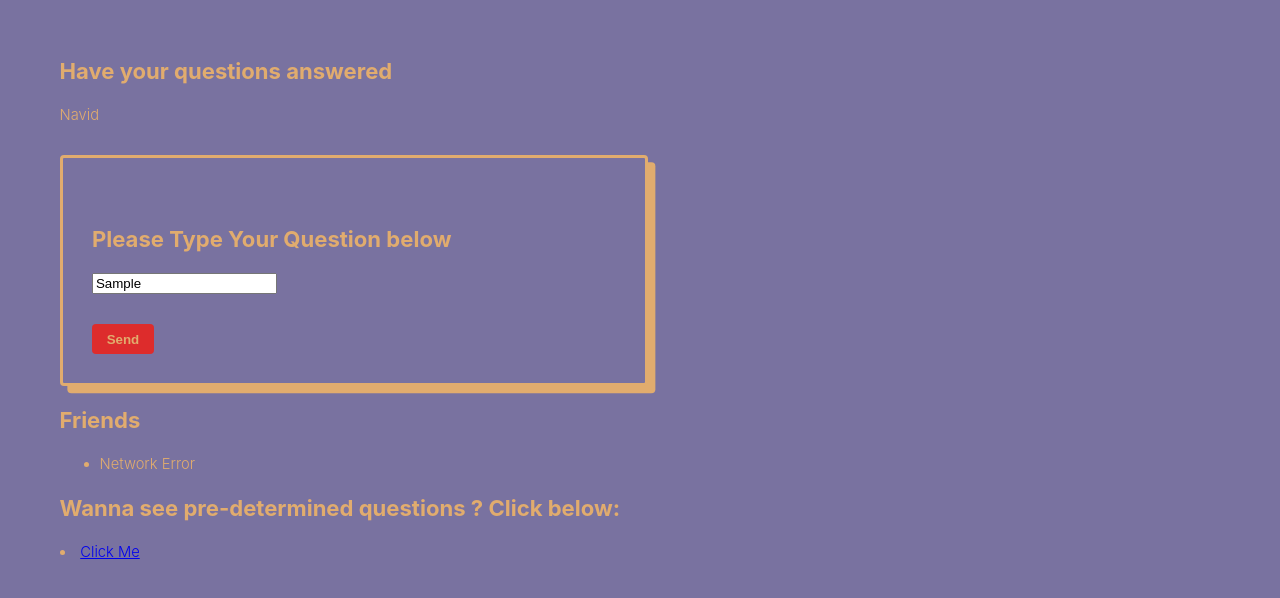
Repository: navid-amini12/capstone-1
Page: quiz.html
An editor plug-in stored every save of this project. The page is shown before and after the next save, followed by the edit.
The browser window is 1280 px wide. The pictures show the whole page.
Empty fields were first filled with sample values (such as "Sample", 5 or name@example.com).
After loading, the first visible `#button` was clicked once.
The page's requests for data from a server got no answer. Some web fonts or font styles are not loaded; a fallback is used.

Above is the page before, as saved 2022-05-26 18:01:55.

After the next save:
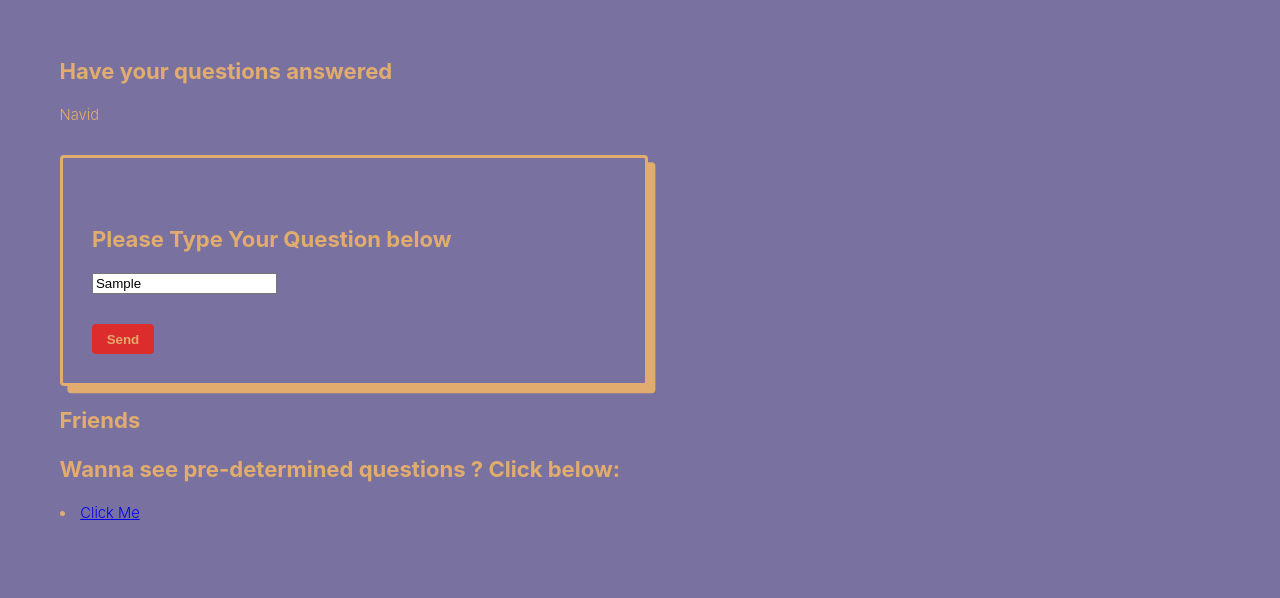
Saved 8 s later.
--- a/quiz.html
+++ b/quiz.html
@@ -30,7 +30,7 @@
       <script>
         document.getElementById("button").onclick = function () {
         const doc =   document.getElementsByClassName("input__field").innerHTML
-
+ return doc
           axios
             .get("http://localhost:4000/api/users")
             .then(function (response) {

After the save that followed:
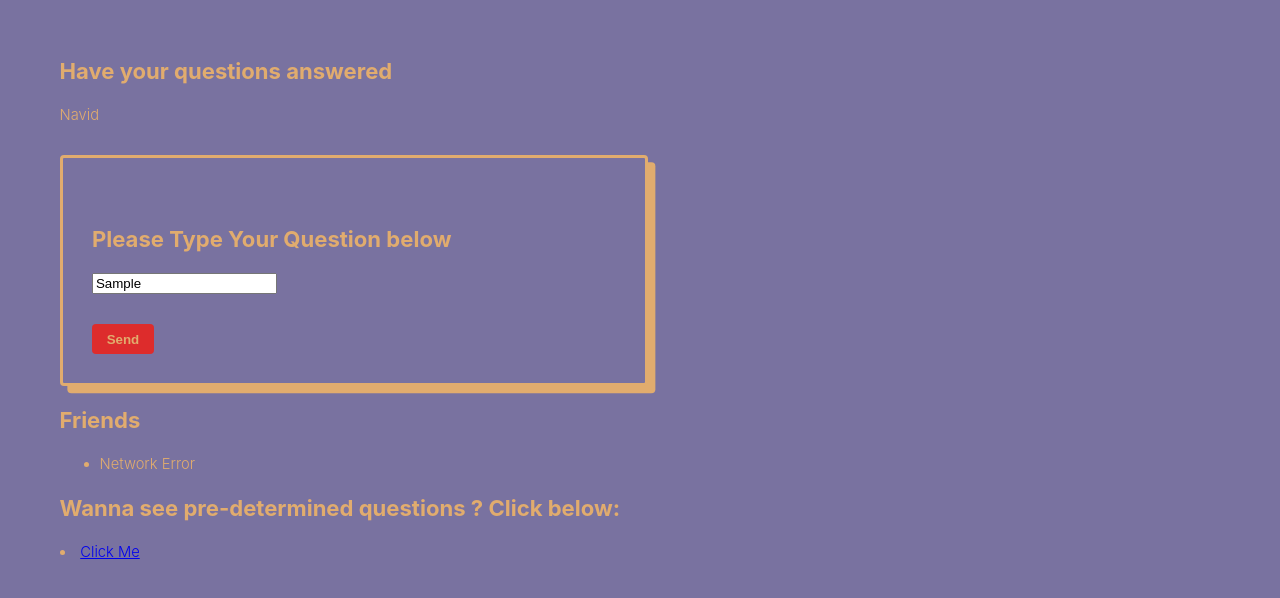
Saved 11 s later.
--- a/quiz.html
+++ b/quiz.html
@@ -30,7 +30,7 @@
       <script>
         document.getElementById("button").onclick = function () {
         const doc =   document.getElementsByClassName("input__field").innerHTML
- return doc
+  console.log(doc)
           axios
             .get("http://localhost:4000/api/users")
             .then(function (response) {
